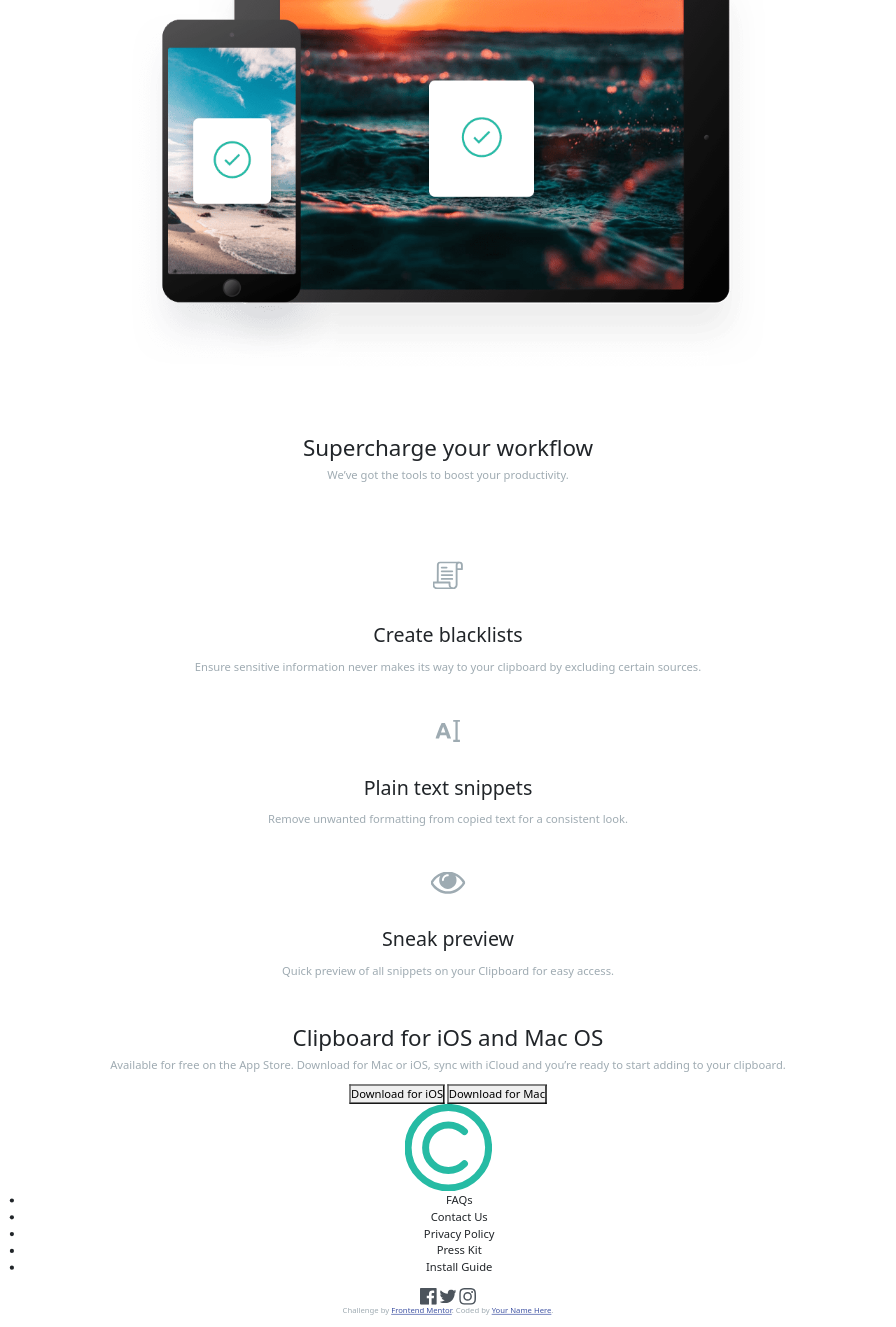
Repository: blordeus/clipboard-landing-page-master
Page: index.html
These files come from the project's save history. The page is drawn as it stood at one moment and after the next save; the edit follows.
The browser window is 1280 px wide. The pictures show the part of the page from y = 1910 to 3830 px (the page is 3806 px tall before and 3830 px after), at 70% of full size.
Some web fonts or font styles are not loaded; a fallback is used. The style sheet was rebuilt from its Sass, Less or Tailwind sources for each picture, by a compiler version that may differ from the author's.

Above is the page before, as saved 2023-09-04 11:52:09.

After the next save:
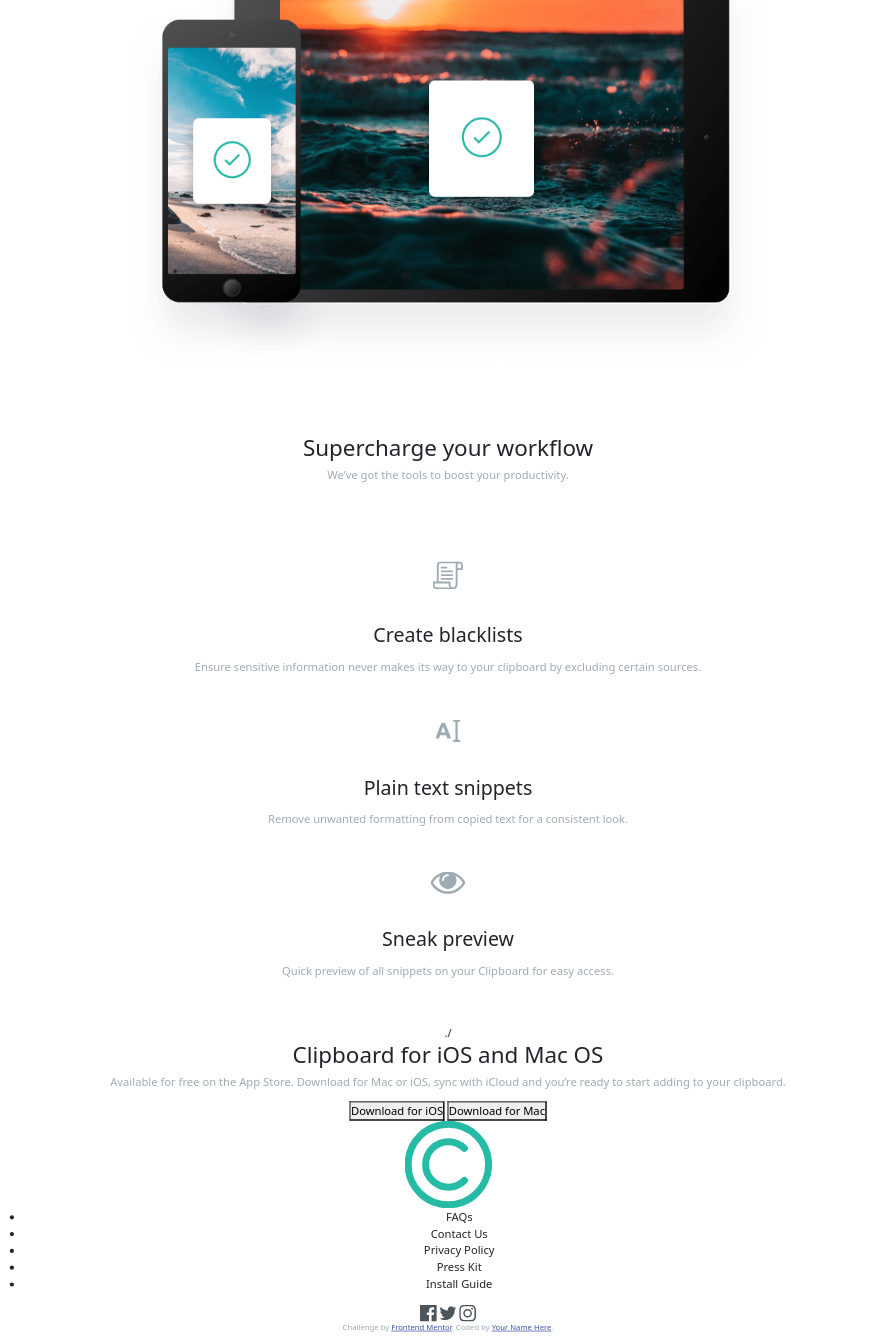
Saved 4 s later.
--- a/index.html
+++ b/index.html
@@ -80,7 +80,7 @@
     </section>
 
     <section>
-
+      ./
     </section>
 
     <section>
